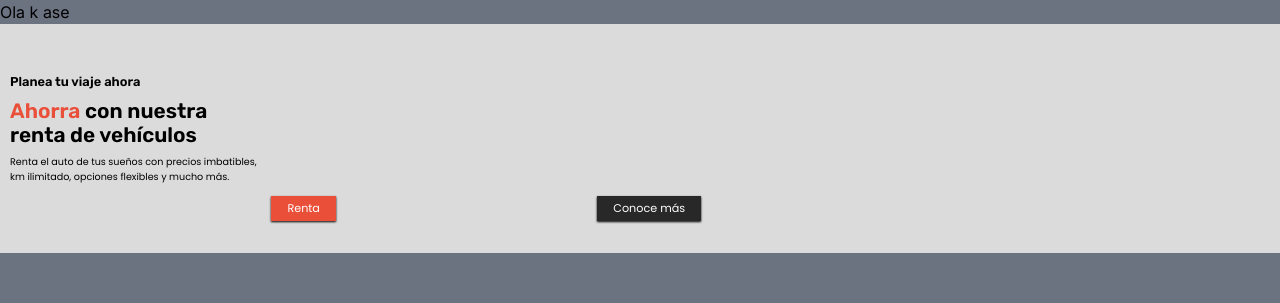
Repository: aldovelacasas/PF_RentCar2
Page: /homePage
An editor plug-in stored every save of this project. The page is shown before and after the next save, followed by the edit.
The browser window is 1280 px wide. The pictures show the whole page.
The project was rebuilt for these pictures with package versions that can differ from the ones it lists, and the page was loaded fresh each time. The framework's server and built-in components were replaced by stand-ins that run in the browser. Also part of the build but not shown: next.config.js.

Above is the page before, as saved 2023-08-29 19:27:18.

### src/app/layout.jsx
import "./globals.css";
import { Inter } from "next/font/google";

const inter = Inter({ subsets: ["latin"] });

export const metadata = {
  title: "Create Next App",
  description: "Generated by create next app",
};

export default function RootLayout({ children }) {
  return (
    <html lang="en">
      <body className={inter.className}>
        <h1>Ola k ase</h1>
        <div className="h-[calc(100vh-5rem)]">{children}</div>
      </body>
    </html>
  );
}

### src/app/homePage/page.jsx
import { Rubik, Poppins } from "next/font/google";

const fontRubik = Rubik({
  weight: "600",
  subsets: ["latin"],
});

const fontPoppins = Poppins({
  weight: "400",
  subsets: ["latin"],
});
const poppins = fontPoppins.className;
const rubik = fontRubik.className;

function HomePage() {
  return (
    <div className={`bg-gris_fondo ${rubik} space-y-0 space-x-2.5`}>
      <p className={`pt-12 ml-2.5 text-[0.8em] mb-2`}>Planea tu viaje ahora</p>
      <p className="text-[1.3em]  leading-6">
        <span className="text-naranja_enf">Ahorra </span>
        con nuestra
      </p>
      <p className="text-[1.3em] leading-6">renta de vehículos</p>
      <div>
        <p className={`${poppins} text-[0.6em] mt-2`}>
          Renta el auto de tus sueños con precios imbatibles,
        </p>
        <p className={`${poppins} text-[0.6em]`}>
          km ilimitado, opciones flexibles y mucho más.
        </p>
        <div className="flex place-content-evenly w-3/4 mt-3 pb-8">
          <a
            href="#form"
            className={`bg-naranja_enf text-white text-[0.7em] px-4 py-1 ${poppins} shadow-sm shadow-black`}>
            Renta
          </a>
          <a
            href="#form"
            className={`bg-negro_fondo text-white text-[0.7em] px-4 py-1 ${poppins} shadow-sm shadow-black`}>
            Conoce más
          </a>
        </div>
      </div>
    </div>
  );
}

export default HomePage;

### src/app/globals.css
@tailwind base;
@tailwind components;
@tailwind utilities;

body {
   @apply bg-gray-500; /* Fondo más claro */
   color: gray-800; /* Texto oscuro */
}

### tailwind.config.js
/** @type {import('tailwindcss').Config} */
module.exports = {
  content: [
    "./src/pages/**/*.{js,ts,jsx,tsx,mdx}",
    "./src/components/**/*.{js,ts,jsx,tsx,mdx}",
    "./src/app/**/*.{js,ts,jsx,tsx,mdx}",
  ],
  theme: {
    extend: {
      backgroundImage: {
        "gradient-radial": "radial-gradient(var(--tw-gradient-stops))",
        "gradient-conic":
          "conic-gradient(from 180deg at 50% 50%, var(--tw-gradient-stops))",
      },
      colors: {
        gris_fondo: "#dbdbdb",
        gris_frente: "#e9e9e9",
        negro_fondo: "#282828",
        naranja_enf: "#ea4f39",
        rojo_status: "#e30613",
        verde_status: "#4aaf4d",
        amarillo_status: "#f0e400",
      },
    },
  },
  plugins: [],
};

After the next save:
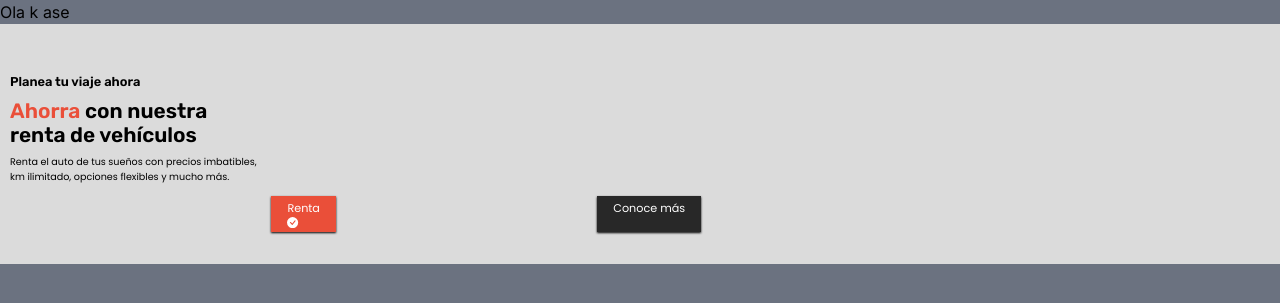
Saved 3 min 34 s later.
--- a/src/app/homePage/page.jsx
+++ b/src/app/homePage/page.jsx
@@ -1,4 +1,5 @@
 import { Rubik, Poppins } from "next/font/google";
+import { BsChevronCompactRight, BsCheckCircleFill } from "react-icons/bs";
 
 const fontRubik = Rubik({
   weight: "600",
@@ -32,7 +33,7 @@ function HomePage() {
           <a
             href="#form"
             className={`bg-naranja_enf text-white text-[0.7em] px-4 py-1 ${poppins} shadow-sm shadow-black`}>
-            Renta
+            Renta <BsCheckCircleFill />
           </a>
           <a
             href="#form"
